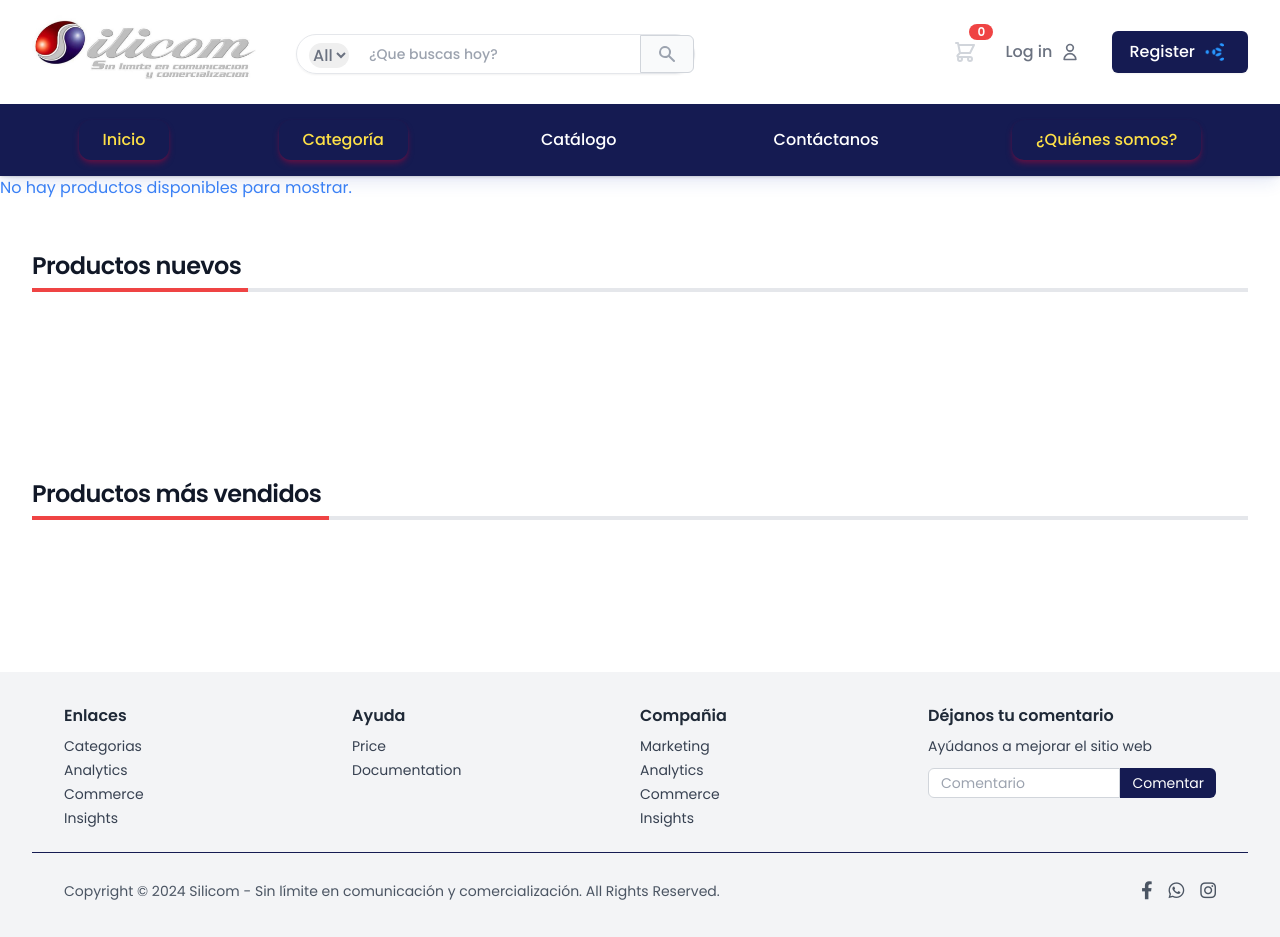
Repository: Francovg18/ecommerce
Page: /checkout
These files come from the project's save history. The page is drawn as it stood at one moment and after the next save; the edit follows.
The browser window is 1280 px wide. The pictures show the whole page.
The page's requests for data from a server got no answer. The project was rebuilt for these pictures with package versions that can differ from the ones it lists, and the page was loaded fresh each time. No one was signed in, and anything a server would have sent is missing. Also part of the build but not shown: src/contenedores/errors/Error404.jsx, src/contenedores/auth/Signup.js, src/contenedores/auth/Login.js, src/contenedores/auth/Activate.js, src/contenedores/auth/ResetPassword.js, src/contenedores/auth/ResetPasswordConfirm.js, src/componentes/product/ProductCard.js, src/helpers/fixedPrices.js and 22 more.

Above is the page before, as saved 2025-01-18 00:15:26.

### public/index.html
<!DOCTYPE html>
<html lang="en">
  <head>
    <meta charset="utf-8" />
    <link rel="icon" href="%PUBLIC_URL%/favicon.ico" />
    <meta name="viewport" content="width=device-width, initial-scale=1" />
    <meta name="theme-color" content="#000000" />
    <meta name="description" content="Web site created using create-react-app" />
    <link rel="apple-touch-icon" href="%PUBLIC_URL%/logo192.png" />
    <link href="https://fonts.googleapis.com/css2?family=Poppins:wght@400;500;600&display=swap" rel="stylesheet">
    <link
  rel="stylesheet"
  href="https://cdnjs.cloudflare.com/ajax/libs/font-awesome/6.0.0-beta3/css/all.min.css"
/>

    <!--
      manifest.json provides metadata used when your web app is installed on a
      user's mobile device or desktop. See https://developers.google.com/web/fundamentals/web-app-manifest/
    -->
    <link rel="manifest" href="%PUBLIC_URL%/manifest.json" />
    <!--
      Notice the use of %PUBLIC_URL% in the tags above.
      It will be replaced with the URL of the `public` folder during the build.
      Only files inside the `public` folder can be referenced from the HTML.

      Unlike "/favicon.ico" or "favicon.ico", "%PUBLIC_URL%/favicon.ico" will
      work correctly both with client-side routing and a non-root public URL.
      Learn how to configure a non-root public URL by running `npm run build`.
    -->
    <title>React App</title>
  </head>
  <body>
    <noscript>You need to enable JavaScript to run this app.</noscript>
    <div id="root"></div>
    <!--
      This HTML file is a template.
      If you open it directly in the browser, you will see an empty page.

      You can add webfonts, meta tags, or analytics to this file.
      The build step will place the bundled scripts into the <body> tag.

      To begin the development, run `npm start` or `yarn start`.
      To create a production bundle, use `npm run build` or `yarn build`.
    -->
  </body>
</html>

### src/contenedores/Home.jsx
import Layout from "../hocs/Layout";
import { connect } from "react-redux";
import {
    get_products_by_arrival,
    get_products_by_sold,
    get_products_for_showcase // Nueva acción
} from '../redux/actions/products';
import { useEffect } from "react";
import Banner from "../componentes/home/Banner";
import ProductsArrival from "../componentes/home/ProductsArrival";
import ProductsSold from "../componentes/home/ProductsSold";

const Home = ({
    get_products_by_arrival,
    get_products_by_sold,
    get_products_for_showcase,
    products_arrival,
    products_sold,
    products_showcase
}) => {

    useEffect(() => {
        window.scrollTo(0, 0);

        get_products_by_arrival();
        get_products_by_sold();
        get_products_for_showcase();
    }, []);

    return (
        <Layout>
            <div className="text-blue-500">
                <Banner data={products_showcase} />
                <ProductsArrival data={products_arrival} />
                <ProductsSold data={products_sold} />
            </div>
        </Layout>
    );
};

const mapStateToProps = state => ({
    products_arrival: state.Products.products_arrival,
    products_sold: state.Products.products_sold,
    products_showcase: state.Products.products_showcase
});

export default connect(mapStateToProps, {
    get_products_by_arrival,
    get_products_by_sold,
    get_products_for_showcase
})(Home);

### src/componentes/navegacion/Navbar.js
import { Fragment, useEffect, useState } from 'react'
import { Menu, Popover, Transition } from '@headlessui/react'
import logoGif from '../../assets/img/gif4.webp'
import logo from '../../assets/img/logoP.jpg'
import { Link, Navigate, NavLink } from 'react-router-dom'
import Alert from '../../componentes/alert'
import logoMini from '../../assets/img/logoMini.jpg'
import { MenuIcon, XIcon, ShoppingCartIcon, UserIcon } from '@heroicons/react/outline'
import { connect } from 'react-redux'
import { logout } from '../../redux/actions/auth'
import { get_categories } from '../../redux/actions/categories'
import { get_search_products } from '../../redux/actions/products'
import SearchBox from './SearchBox'

function classNames(...classes) {
  return classes.filter(Boolean).join(' ')
}

function Navbar({
  isAuthenticated,
  user,
  logout,
  get_categories,
  categories,
  get_search_products,
  total_items
}) {

  const [redirect, setRedirect] = useState(false);
  const [render, setRender] = useState(false);
  const [formData, setFormData] = useState({
    category_id: 0,
    search: ''
  });
  const { category_id, search } = formData;
  useEffect(()=>{
    get_categories()
  }, [])

  const onChange = e => setFormData({ ...formData, [e.target.name]: e.target.value });
  const onSubmit = e => {
    e.preventDefault();
    get_search_products(search, category_id);
    setRender(!render);
  }

  if(render){
    return <Navigate to='/search' />
  }

  const logoutHandler = () => {
    logout()
    setRedirect(true);
  }

  if(redirect){
    window.location.reload(false);
    return <Navigate to='/' />
  }

  const authLinks = (
    <Menu as="div" className="relative inline-block text-left">
      <div>
        <Menu.Button className="inline-flex justify-center w-full rounded-full  text-sm font-medium text-gray-700 focus:outline-none focus:ring-2 focus:ring-offset-2 focus:ring-offset-gray-100 focus:ring-indigo-500 ml-3">
          <span className="inline-block h-10 w-10 rounded-full overflow-hidden bg-gray-100">
            <svg className="h-full w-full text-gray-300" fill="currentColor" viewBox="0 0 24 24">
              <path d="M24 20.993V24H0v-2.996A14.977 14.977 0 0112.004 15c4.904 0 9.26 2.354 11.996 5.993zM16.002 8.999a4 4 0 11-8 0 4 4 0 018 0z" />
            </svg>
          </span>
        </Menu.Button>
      </div>

      <Transition
        as={Fragment}
        enter="transition ease-out duration-100"
        enterFrom="transform opacity-0 scale-95"
        enterTo="transform opacity-100 scale-100"
        leave="transition ease-in duration-75"
        leaveFrom="transform opacity-100 scale-100"
        leaveTo="transform opacity-0 scale-95"
      >
        <Menu.Items className="origin-top-right absolute right-0 mt-2 w-56 rounded-md shadow-lg bg-white ring-1 ring-black ring-opacity-5 focus:outline-none">
          <div className="py-1">
            <Menu.Item>
              {({ active }) => (
                <Link
                  to="/dashboard"
                  className={classNames(
                    active ? 'bg-gray-100 text-gray-900' : 'text-gray-700',
                    'block px-4 py-2 text-sm'
                  )}
                >
                  Info
                </Link>
              )}
            </Menu.Item>


            <form method="POST" action="#">
              <Menu.Item>
                {({ active }) => (
                  <button
                    onClick={logoutHandler}
                    className={classNames(
                      active ? 'bg-gray-100 text-gray-900' : 'text-gray-700',
                      'block w-full text-left px-4 py-2 text-sm'
                    )}
                  >
                    Salir
                  </button>
                )}
              </Menu.Item>
            </form>
          </div>
        </Menu.Items>
      </Transition>
    </Menu>
  )
  const guestLinks = (
    <Fragment>
    <div className="hidden md:flex items-center md:ml-7">
    <Link to="/login" className="text-base font-medium text-gray-500 hover:text-gray-900 flex items-center">
      Log in
      <UserIcon className="h-5 w-5 ml-2" aria-hidden="true" />
    </Link>
      <Link
        to="/signup"
        className="ml-8 inline-flex items-center justify-center px-4 py-2 border border-transparent rounded-md shadow-sm text-base font-medium text-white bg-midnight-blue hover:bg-purple-night"
      >
        Register
        <img
          src={logoGif}
          alt="Cargando"
          className="w-7 h-6 mt-0.3 ml-2"
        />
      </Link>
    </div>

    </Fragment>
  )
  return (
    <>
    <Popover className="relative bg-white ">
      <div className="absolute inset-0 shadow z-30 pointer-events-none " aria-hidden="true" />
      <div className="relative z-20">
        <div className="max-w-7xl mx-auto flex justify-between items-center px-4 py-5 sm:px-6 sm:py-3 lg:px-8 md:justify-start md:space-x-10">
          <div>
          <Link to="/" className="flex">
            <img
              className="h-auto w-32 sm:w-40 md:w-48 lg:w-56"
              src={logo}
              alt="Logo"
            />
          </Link>

          </div>
          {/* Contenedor para pantallas pequeñas */}
          <div className="-mr-2 -my-2 md:hidden">
          <div className="">
            {window.location.pathname === '/search' ? null : (
              <SearchBox
                search={search}
                onChange={onChange}
                onSubmit={onSubmit}
                categories={categories}
              />
            )}
          </div>
          <Link to='/cart' className="bg-white rounded-md p-2 inline-flex items-center justify-center text-gray-400 hover:text-gray-500 hover:bg-gray-100 focus:outline-none focus:ring-2 focus:ring-inset focus:ring-indigo-500">
              <span className="sr-only">Open menu</span>
              <ShoppingCartIcon className="h-6 w-6" aria-hidden="true" />
          </Link>

            <Popover.Button className="bg-white rounded-md p-2 inline-flex items-center justify-center text-gray-400 hover:text-gray-500 hover:bg-gray-100 focus:outline-none focus:ring-2 focus:ring-inset focus:ring-indigo-500">
              <span className="sr-only">Open menu</span>
              <MenuIcon className="h-6 w-6" aria-hidden="true" />
            </Popover.Button>
          </div>
    {/* Contenedor para pantallas medianas o grandes */}
    <div className="hidden md:flex-1 md:flex md:items-center md:justify-between">
      <Popover.Group as="nav" className="flex space-x-10">
        {window.location.pathname === '/search' ? null : (
          <div className="flex flex-1 justify-center">
            <SearchBox
              search={search}
              onChange={onChange}
              onSubmit={onSubmit}
              categories={categories}
            />
          </div>
        )}
      </Popover.Group>
      <div className="flex items-center md:ml-12">
        <div className="flex items-center md:ml-12">
          <Link to="/cart">
              <ShoppingCartIcon className="h-6 w-6 cursor-pointer text-gray-300 "/>
              <span className="text-xs absolute top-3 mt-3 ml-4 bg-red-500 text-white font-semibold rounded-full px-2 text-center">{total_items}</span>
          </Link>
        </div>
        {isAuthenticated ? authLinks:guestLinks}
      </div>
    </div>

      </div>
      <div className="hidden md:flex bg-midnight-blue text-white py-4 px-6 justify-around items-center shadow-lg shadow-blue-800/10">
      {[
        { to: "/", label: "Inicio" },
        { to: "/", label: "Categoría" },
        { to: "/shop", label: "Catálogo" },
        { to: "/contactus", label: "Contáctanos" },
        { to: "/", label: "¿Quiénes somos?" },
      ].map((item, index) => (
        <NavLink
          key={index}
          to={item.to}
          className={({ isActive }) =>
            `relative text-base font-medium transition-all duration-300 ease-in-out px-6 py-2
            rounded-xl group ${isActive ? "bg-midnight-blue shadow-md shadow-royal-purple/100 text-yellow-300" : "hover:bg-purple-night/70 hover:text-crimson-red"}`
          }
        >
          <span className="absolute inset-y-0 left-0 flex items-center -translate-x-4 opacity-0 transition-all duration-300 group-hover:translate-x-0 group-hover:opacity-100">
            <svg
              xmlns="http://www.w3.org/2000/svg"
              className="w-4 h-4 text-yellow-300"
              fill="none"
              viewBox="0 0 24 24"
              stroke="currentColor"
            >
              <path strokeLinecap="round" strokeLinejoin="round" strokeWidth="2" d="M15 19l-7-7 7-7" />
            </svg>
          </span>
          <span>{item.label}</span>
          <span className="absolute inset-y-0 right-0 flex items-center translate-x-4 opacity-0 transition-all duration-300 group-hover:translate-x-0 group-hover:opacity-100">
            <svg
              xmlns="http://www.w3.org/2000/svg"
              className="w-4 h-4 text-yellow-300"
              fill="none"
              viewBox="0 0 24 24"
              stroke="currentColor"
            >
              <path strokeLinecap="round" strokeLinejoin="round" strokeWidth="2" d="M9 5l7 7-7 7" />
            </svg>
          </span>
        </NavLink>
      ))}
    </div>


      </div>

      <Transition
        as={Fragment}
        enter="duration-200 ease-out"
        enterFrom="opacity-0 scale-95"
        enterTo="opacity-100 scale-100"
        leave="duration-100 ease-in"
        leaveFrom="opacity-100 scale-100"
        leaveTo="opacity-0 scale-95"
      >
        <Popover.Panel
          focus
          className="absolute z-30 top-0 inset-x-0 p-2 transition transform origin-top-right md:hidden"
        >
          <div className="rounded-lg shadow-lg ring-1 ring-black ring-opacity-5 bg-midnight-blue text-white divide-y-2 divide-gray-50">
            <div className="pt-5 pb-6 px-5 sm:pb-8">
              <div className="flex items-center justify-between">
                <div>
                  <img className="h-8 w-auto" src={logoMini} alt="Workflow" />
                </div>
                <div className="-mr-2">
                  <Popover.Button className="bg-midnight-blue rounded-md p-2 inline-flex items-center justify-center text-gray-400 hover:text-gray-300 focus:outline-none focus:ring-2 focus:ring-inset focus:ring-purple-night">
                    <span className="sr-only">Cerrar menú</span>
                    <XIcon className="h-6 w-6" aria-hidden="true" />
                  </Popover.Button>
                </div>
              </div>
              <div className="mt-6 sm:mt-8">
                <nav>
                  <div className="grid gap-7 sm:grid-cols-2 sm:gap-y-8 sm:gap-x-4">
                    <NavLink
                      to="/"
                      className="-m-3 flex items-center p-3 rounded-lg hover:bg-midnight-blue"
                    >
                      <div className="ml-4 text-base font-medium text-white">
                        Inicio
                      </div>
                    </NavLink>
                    <NavLink
                      to="/shop"
                      className="-m-3 flex items-center p-3 rounded-lg hover:bg-midnight-blue"
                    >
                      <div className="ml-4 text-base font-medium text-white">
                        Categoria
                      </div>
                    </NavLink>
                    <NavLink
                      to="/shop"
                      className="-m-3 flex items-center p-3 rounded-lg hover:bg-midnight-blue"
                    >
                      <div className="ml-4 text-base font-medium text-white">
                        Catálogo
                      </div>
                    </NavLink>

                    <NavLink
                      to="/"
                      className="-m-3 flex items-center p-3 rounded-lg hover:bg-midnight-blue"
                    >
                      <div className="ml-4 text-base font-medium text-white">
                        Contáctanos
                      </div>
                    </NavLink>

                    <NavLink
                      to="/"
                      className="-m-3 flex items-center p-3 rounded-lg hover:bg-midnight-blue"
                    >
                      <div className="ml-4 text-base font-medium text-white">
                        ¿Quiénes somos?
                      </div>
                    </NavLink>
                  </div>
                </nav>
              </div>
            </div>
            <div className="py-6 px-5 bg-gray-50">
              <div className="grid grid-cols-2 gap-4 bg-gray-50">
                <Link
                  to="/login"
                  className="text-sm font-medium text-midnight-blue hover:text-purple-night hover:underline text-center"
                >
                  Login
                </Link>
                <Link
                  to="/signup"
                  className="text-sm font-medium text-midnight-blue hover:text-purple-night hover:underline text-center"
                >
                  Registrarse
                </Link>
              </div>
            </div>
          </div>
        </Popover.Panel>
      </Transition>
    </Popover>
    <Alert/>
    </>
  )
}
const mapStateToProps = state =>  ({
  isAuthenticated: state.Auth.isAuthenticated,
  user: state.Auth.user,
  categories: state.Categories.categories,
  total_items: state.Cart.total_items
})
export default connect(mapStateToProps, {
  logout,
  get_categories,
  get_search_products
}) (Navbar)

Loaded but not shown: src/style/index.css (common file); src/redux/actions/cart.js (399 lines, source omitted); src/redux/actions/auth.js (387 lines, source omitted); src/redux/actions/types.js (132 lines, source omitted); src/redux/actions/products.js (256 lines, source omitted); src/componentes/home/Banner.js (120 lines, source omitted); src/redux/reducers/cart.js (158 lines, source omitted); src/redux/actions/payment.js (143 lines, source omitted); src/redux/reducers/products.js (118 lines, source omitted); src/componentes/home/ProductsArrival.js (97 lines, source omitted); src/componentes/navegacion/Footer.js (83 lines, source omitted); src/componentes/home/ProductsSold.js (87 lines, source omitted); src/redux/reducers/auth.js (113 lines, source omitted); src/App.js (64 lines, source omitted); src/redux/actions/profile.js (91 lines, source omitted); src/redux/reducers/payment.js (89 lines, source omitted); src/componentes/navegacion/SearchBox.js (61 lines, source omitted); src/redux/reducers/reviews.js (90 lines, source omitted); src/redux/reducers/wishlist.js (67 lines, source omitted); tailwind.config.js (49 lines, source omitted); src/redux/actions/coupons.js (43 lines, source omitted); src/hocs/Layout.js (50 lines, source omitted); src/componentes/alert.js (40 lines, source omitted); src/redux/reducers/orders.js (41 lines, source omitted); src/redux/reducers/profile.js (37 lines, source omitted); src/redux/actions/shipping.js (32 lines, source omitted); src/redux/actions/categories.js (33 lines, source omitted); src/redux/reducers/index.js (27 lines, source omitted); src/redux/reducers/shipping.js (27 lines, source omitted); src/redux/reducers/categories.js (27 lines, source omitted); src/redux/reducers/coupons.js (28 lines, source omitted); src/redux/reducers/alert.js (27 lines, source omitted); src/store.js (14 lines, source omitted); src/helpers/fixedCountries.js (29 lines, source omitted); src/redux/actions/alert.js (12 lines, source omitted); src/index.js (11 lines, source omitted); src/contenedores/pages/Checkout.jsx (335 lines, source omitted)

After the next save:
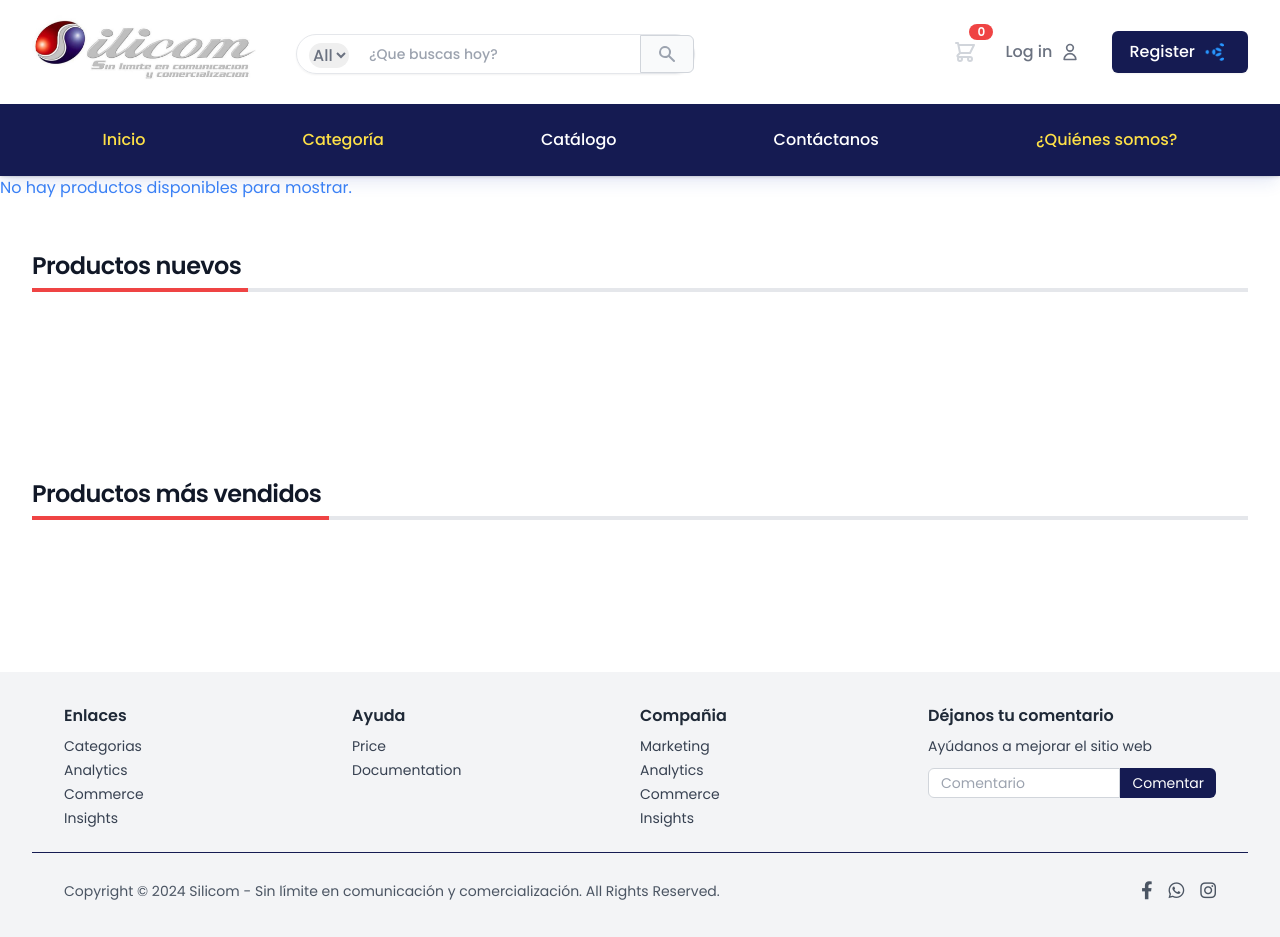
Saved 102 s later.
--- a/src/componentes/navegacion/Navbar.js
+++ b/src/componentes/navegacion/Navbar.js
@@ -203,47 +203,26 @@ function Navbar({
 
       </div>
       <div className="hidden md:flex bg-midnight-blue text-white py-4 px-6 justify-around items-center shadow-lg shadow-blue-800/10">
-      {[
-        { to: "/", label: "Inicio" },
-        { to: "/", label: "Categoría" },
-        { to: "/shop", label: "Catálogo" },
-        { to: "/contactus", label: "Contáctanos" },
-        { to: "/", label: "¿Quiénes somos?" },
-      ].map((item, index) => (
-        <NavLink
-          key={index}
-          to={item.to}
-          className={({ isActive }) =>
-            `relative text-base font-medium transition-all duration-300 ease-in-out px-6 py-2
-            rounded-xl group ${isActive ? "bg-midnight-blue shadow-md shadow-royal-purple/100 text-yellow-300" : "hover:bg-purple-night/70 hover:text-crimson-red"}`
-          }
-        >
-          <span className="absolute inset-y-0 left-0 flex items-center -translate-x-4 opacity-0 transition-all duration-300 group-hover:translate-x-0 group-hover:opacity-100">
-            <svg
-              xmlns="http://www.w3.org/2000/svg"
-              className="w-4 h-4 text-yellow-300"
-              fill="none"
-              viewBox="0 0 24 24"
-              stroke="currentColor"
-            >
-              <path strokeLinecap="round" strokeLinejoin="round" strokeWidth="2" d="M15 19l-7-7 7-7" />
-            </svg>
-          </span>
-          <span>{item.label}</span>
-          <span className="absolute inset-y-0 right-0 flex items-center translate-x-4 opacity-0 transition-all duration-300 group-hover:translate-x-0 group-hover:opacity-100">
-            <svg
-              xmlns="http://www.w3.org/2000/svg"
-              className="w-4 h-4 text-yellow-300"
-              fill="none"
-              viewBox="0 0 24 24"
-              stroke="currentColor"
-            >
-              <path strokeLinecap="round" strokeLinejoin="round" strokeWidth="2" d="M9 5l7 7-7 7" />
-            </svg>
-          </span>
-        </NavLink>
-      ))}
-    </div>
+  {[
+    { to: "/", label: "Inicio" },
+    { to: "/", label: "Categoría" },
+    { to: "/shop", label: "Catálogo" },
+    { to: "/contactus", label: "Contáctanos" },
+    { to: "/", label: "¿Quiénes somos?" },
+  ].map((item, index) => (
+    <NavLink
+      key={index}
+      to={item.to}
+      className={({ isActive }) =>
+        `relative text-base font-medium transition-all duration-300 ease-in-out px-6 py-2 group
+         ${isActive ? "bg-midnight-blue shadow-[0px_4px_8px_royal-purple/100] text-yellow-300" : "hover:bg-purple-night/70 hover:text-crimson-red"}`
+      }
+    >
+      <span>{item.label}</span>
+    </NavLink>
+  ))}
+</div>
+
 
 
       </div>
